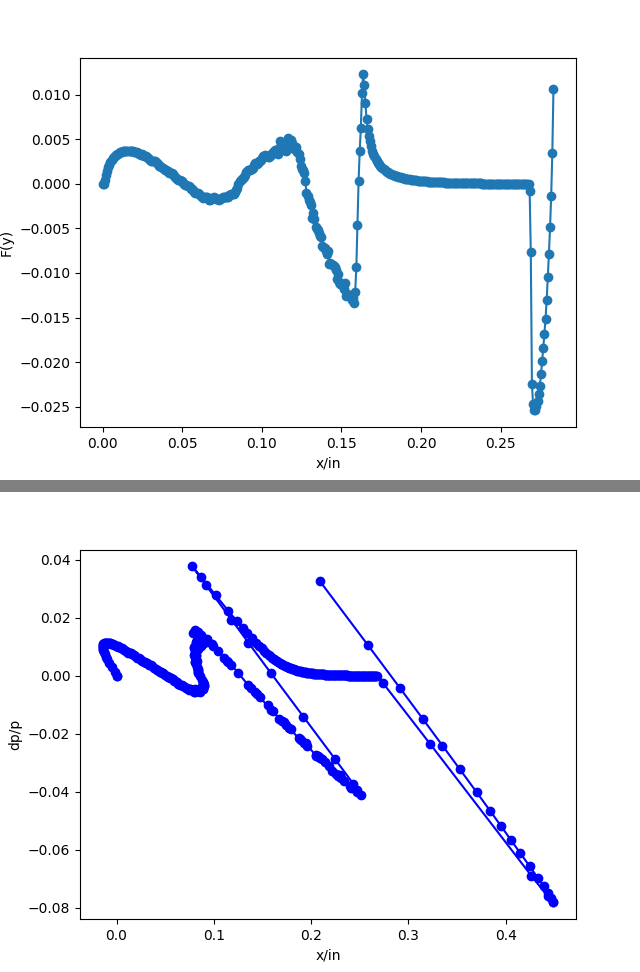
Repository: leiradom/Modified-linear-theory
Script's output: python 2_F_function.py
An editor plug-in stored every save of this project. The script's output is shown before and after the next save, followed by the edit.
Each picture stacks the figures in order, with grey between them; figures that are only written to a file come last. Random numbers start from a fixed seed.

Above is the script's output before, as saved 2021-04-09 10:54:55.

### 2_F_function.py
#本程序实现求解无升力构型的F函数
#同时求解出未经修正的压力信号
#F函数是无量纲的

import math
import numpy as np
import matplotlib.pyplot as plt


M = 1.7                    #输入马赫数
P0 = 101325                 #输入大气静压
gama = 1.4                  #比热比
B = math.sqrt(M * M - 1)    #修正因子
k = (1 / math.sqrt(2)) * (gama + 1) * M**4 * B**(-1.5)   #特征性系数k
r0 = 0.63072                      #r0为计算的位置  DWB为63.072  model1为20 2、3为10
con = (gama * M**2)/(math.sqrt(2 * B * r0))

volume = np.loadtxt("se.txt",dtype=np.float64)   #存放体积分布的数据文件
#Lift = np.loadtxt("volume.txt",dtype=np.float64)    #存放升力分布的数据文件
#cau = np.loadtxt("cauchy.txt",dtype=np.float64)      #积分含有哑元的存放

a = len(volume)        #a为b的长度
#print(a)              #检查文件长度

X = np.ones(a)     #存放x的数组
Y = np.ones(a)     #存放y的数组
Y0 = np.ones(a)    #存放含哑元的表达式的值


#提取体积分布数据中的两列数据
for i in range(0,a):
    c = volume[i][0]
    d = volume[i][1]
    #ca = cau[i][1]
    X[i] = c
    Y[i] = d
    #Y0[i] = ca

#print(X)
#print(Y)

#通过变上限积分求解F函数，积分使用梯形公式
F = np.ones(a, dtype=np.float64)   #产生一个长度为a的初始化数组
X1 = np.ones(a, dtype=np.float64)
delta_P = np.ones(a, dtype=np.float64)
X1[0] = 0.0        #强制F的第一个值为0
delta_P[0] = 0.0   #强制F的第一个值为0
F[0] = 0.0         #强制F的第一个值为0


for i in range(1,a):
    #内层积分，积到x
    s = 0
    for j in range(0,i-1):
        s0 =Y[j+1] * ((1 / math.sqrt(X[i]-X[j+1])) + Y[j] * (1 / math.sqrt(X[i]-X[j])) * (X[j + 1] - X[j]) / (2))
        #s0 = (((Y0[j+1] + Y0[j]) * (X[j + 1] - X[j])) / (2))    #第(j+1)个梯形的面积
        s = s0 + s    #S为最后的积分
    #内层积分，积到x
    F[i] = (1/(2 * math.pi)) * s / 1100   #乘以外面的一个
    #print(X[i],F[i])
    delta_P[i] = con * F[i]
    #print(delta_P[i])
    X1[i] = (B * r0 - k * F[i] * math.sqrt(r0) + X[i])
    #print(X1[i]-B * r0,delta_P[i])


#将计算结果输出


#绘制F函数的图像
plt.plot(X, F,'-o')
plt.xlabel("x/in")
plt.ylabel('F(y)')
plt.show()




X0 = np.zeros(a)
for i in range(1,a):
    X0[i] = X1[i] - B * r0

#绘制未修正的过压的图像
plt.plot(X0, delta_P,'-o',c='b')
plt.xlabel("x/in")
plt.ylabel('dp/p')
plt.show()

for i in range(1,a):
    print(X0[i],delta_P[i])

#delta_P = np.ones[a]    #储存过压的数组
#delta_P[i] = P0 * ((gama * M * M)/(math.sqrt(2 * B * r0))) * F[i]

### se.txt
0.0 0.0
0.00071150326 0.08476272949874927
0.0014230065 0.12621862033543882
0.0021345099 0.13317135113415343
0.0028460131 0.12929745575862278
0.0035575163 0.12546016913768077
0.0042690197 0.12098825114300815
0.0049805227 0.1292007264129916
0.0056920261 0.11165751586830149
0.0064035296 0.10032995753137214
0.0071150325 0.09804301882091118
0.007826536 0.09620108939184939
0.0085380394 0.0934503203486448
0.0092495428 0.09123649418380514
0.0099610453 0.10617769437960242
0.010672549 0.07961612372109338
0.011384052 0.07391044961621004
0.012095556 0.0710299239016933
0.012807059 0.0704651113895951
0.013518562 0.06812116661015297
0.014230065 0.058263821938152716
0.014941568 0.052007632081339655
0.015653072 0.06166608891264542
0.016364574 0.051455668556217915
0.017076079 0.04805883073116462
0.017787581 0.04590164869200585
0.018499086 0.045148806638085855
0.019210588 0.04429462046150946
0.019922091 0.04440320345005237
0.020633595 0.035998880136475474
0.021345098 0.024597666338979356
0.022056602 0.014968164971280949
0.022768104 0.016236776220819624
0.023479607 0.02464109953439039
0.024191111 0.03108549990469724
0.024902614 0.02040274354808968
0.025614118 0.01009640821846358
0.026325621 0.019092508819602404
0.027037123 0.007347448891730621
0.027748628 0.0017518055485576914
0.02846013 -0.004147870162510861
0.029171634 -0.012885181307652052
0.029883137 -0.006840728278485408
0.030594639 -0.011822877736363303
0.031306144 0.009124590470946282
0.032017648 0.006893210056294433
0.032729149 -0.0025354127825842603
0.033440653 -0.012251780541116995
0.034152158 -0.02021272331813039
0.034863658 -0.03333316776762746
0.035575163 -0.02465557726620633
0.036286667 -0.01569567099456137
0.036998171 -0.020006415639880464
0.037709672 -0.03101854039509067
0.038421176 -0.03335850379829769
0.039132681 -0.024458318170336002
0.039844181 -0.01811707163917251
0.040555686 -0.02572511970339385
0.04126719 -0.04254281491293951
0.041978691 -0.023937119825293243
0.042690195 -0.025980289726515678
0.0434017 -0.03526232553080319
0.044113204 -0.045651907818363285
0.044824705 -0.05833078144775315
0.045536209 -0.0347375077528601
0.046247713 -0.06184525084372896
0.046959214 -0.04465294432374398
0.047670718 -0.03419278309361567
0.048382223 -0.03310514349166895
0.049093727 -0.04177911456016522
0.049805228 -0.05654278156967707
0.050516732 -0.06890314509934924
0.051228236 -0.05597453059626776
0.051939737 -0.042651397901470156
0.052651241 -0.039223794896353206
0.053362746 -0.04509813457677605
0.054074246 -0.05800503248208763
0.054785751 -0.06979714503839954
0.055497255 -0.04528453537377369
0.05620876 -0.0616896152268195
0.05692026 -0.06841814108383713
0.057631765 -0.06706085372697104
0.058343269 -0.0550262391629644
0.05905477 -0.049577182854345855
0.059766274 -0.06366220618544918
0.060477778 -0.06869683742109932
0.061189279 -0.0570386438840496
0.061900783 -0.07591217701009761
0.062612288 -0.05754174506429637
0.063323788 -0.04341147882130732
0.064035296 -0.03629024448909116
0.064746797 -0.03557721619760829
0.065458298 -0.06885428275450187
0.066169806 -0.0758307397686935
0.066881306 -0.05852804054358669
0.067592807 -0.026823617604225518
0.068304315 -0.011176808954499262
0.069015816 -0.017686359117913462
0.069727316 -0.03915864510319067
0.070438825 -0.048245231528186786
0.071150325 -0.04407202533498117
0.071861833 -0.03684220801420984
0.072573334 -0.045479984753138664
0.073284835 -0.02280604702792936
0.073996343 -0.0019635423762623533
0.074707843 -0.0035796191890892885
0.075419344 -0.02004080025295482
0.076130852 -0.028298536531965065
0.076842353 -0.010400440586371466
0.077553853 -0.025071812055667827
0.078265361 -0.011902505261262068
0.078976862 0.008822367819482431
0.079688363 0.018670844880759745
0.080399871 0.004397611036165687
0.081111372 -0.01119309640276537
0.081822872 -0.011006695605767728
0.08253438 0.018947731501528838
0.083245881 0.04100455590853051
0.083957382 0.06447838831603249
0.08466889 0.08669627748932479
0.08538039 0.09423736604398861
0.086091898 0.06924880094619347
0.086803399 0.061150319717054334
0.0875149 0.060949441188234615
0.088226408 0.0599667651418569
0.088937908 0.07561900294103789
0.089649409 0.09882318759359597
0.090360917 0.10266521567175492
0.091072418 0.054394648112910164
0.091783918 0.05222117862546076
0.092495427 0.061045356161460805
0.093206927 0.050114668647666984
0.093918428 0.07093364698516912
0.094629936 0.10354835731192027
0.095341437 0.09913626854395705
0.096052937 0.04207228862922495
0.096764445 0.06596416554263246
0.097475946 0.09901139810713576
0.098187454 0.06013687849058843
0.098898955 0.06737574439377614
0.099610455 0.09987825229901048
0.100322 0.10557885919776468
0.1010335 0.0832107635569686
0.101745 0.06366582561838631
0.1024565 0.05586594760771259
0.103168 0.038203114804013054
0.1038795 0.04084530085863487
0.104591 0.059250117417461425
0.1053025 0.0798265937472443
0.106014 0.09453958869541568
0.1067255 0.1069723408841001
0.107437 0.0867759050143094
0.1081485 0.06386489443071293
0.10886 0.0013934816863599554
0.1095715 0.023381536867237443
0.110283 0.16352598075266211
0.1109945 0.21016237433384716
0.111706 -0.047360280171454765
0.1124175 0.03699060476514695
0.113129 0.0794827476168441
0.1138405 0.00646068781861588
0.114552 0.011473602456496111
0.1152635 0.15259529323884377
0.115975 0.22585261617901511
0.1166865 0.06214566377871198
0.117398 0.08131056125735117
0.1181095 -0.003818501763920481
0.118821 -0.03831169779249465
0.1195325 -0.012432752188758004
0.120244 0.04189493641466822
0.1209556 0.04971291159000303
0.1216671 -0.06549363925899149
0.1223786 -0.023689188668045664
0.1230901 -0.10563315069209131
0.1238016 -0.15641379500276426
0.1245131 -0.12079857475921806
0.1252246 -0.05640886255041488
0.1259361 -0.10671898057754495
0.1266476 -0.22096638169427757
0.1273591 -0.347013134233319
0.1280706 -0.18734184957409572
0.1287821 -0.21184541065632972
0.1294936 -0.18949541218026833
0.1302051 -0.19011071578208097
0.1309166 -0.39274466957654425
0.1316281 -0.08713784830946879
0.1323396 -0.25346888959953645
0.1330511 -0.30663835965837416
0.1337626 -0.23470212974559954
0.1344741 -0.19814585693452613
0.1351856 -0.21001759701582265
0.1358971 -0.21788986368545957
0.1366086 -0.20236249632314893
0.1373201 -0.3475379520112621
0.1380316 -0.21074148360614142
0.1387431 -0.19892403501914702
0.1394546 -0.24577759457744242
0.1401661 -0.23671091503369857
0.1408776 -0.1240922587451464
0.1415891 -0.40673377793444593
0.1423007 -0.2121711596219462
0.1430122 -0.21220735395151363
0.1437237 -0.20853362950561766
0.1444352 -0.1931329422966459
0.1451467 -0.19345869126226237
0.1458582 -0.2340868261437869
0.1465697 -0.3527137411320977
0.1472812 -0.11357780602071596
0.1479927 -0.3444252396729257
0.1487042 -0.243316380170388
0.1494157 -0.20095091747202976
0.1501272 -0.23768816193064607
0.1508387 -0.26492439489134695
0.1515502 -0.06562031941228133
0.1522617 -0.41663292705701466
0.1529732 -0.187088489267467
0.1536847 -0.22592500483800285
0.1543962 -0.18703419777321392
0.1551077 -0.19702383271957863
0.1558192 -0.2659197389530046
0.1565307 -0.16182484726542037
0.1572422 -0.26935820025700646
0.1579537 0.01952684077379857
0.1586652 0.38823847555184793
0.1593767 0.9035154282714578
0.1600882 1.141858707566323
0.1607997 1.0367992369971202
0.1615112 0.9645951690459194
0.1622227 1.2333127296705289
0.1629342 1.0074112511467153
0.1636457 0.3974734587278547
0.1643573 0.08726090902974792
0.1650688 -0.015683002979195598
0.1657803 -0.010956023544451791
0.1664918 0.002949837855528145
0.1672033 0.029943568808485196
0.1679148 -0.008824177535975518
0.1686263 -0.01773341174629228
0.1693378 -0.0033081617177504073
0.1700493 0.005335044170633156
0.1707608 0.0029480281390595834
0.1714723 -0.0006840728278387303
0.1721838 0.0
0.1728953 0.0
0.1736068 0.0
0.1743183 0.0
0.1750298 0.0
0.1757413 0.0
0.1764528 0.0
0.1771643 0.0
0.1778758 0.0
0.1785873 0.0
0.1792988 0.0
0.1800103 0.0
0.1807218 0.0
0.1814333 0.0
0.1821448 0.0
0.1828563 0.0
0.1835678 0.0
0.1842794 0.0
0.1849909 0.0
0.1857024 0.0
0.1864139 0.0
0.1871254 0.0
0.1878369 0.0
0.1885484 0.0
0.1892599 0.0
0.1899714 0.0
0.1906829 0.0
0.1913944 0.0
0.1921059 0.0
0.1928174 0.0
0.1935289 0.0
0.1942404 0.0
0.1949519 0.0
0.1956634 0.0
0.1963749 0.0
0.1970864 0.0
0.1977979 0.0
0.1985094 0.0
0.1992209 0.0
0.1999324 0.0
0.2006439 0.0
0.2013554 0.0
0.2020669 0.0
0.2027784 0.0
0.2034899 0.0
0.2042014 0.0
0.2049129 0.0
0.2056244 0.0
0.2063359 0.0
0.2070474 0.0
0.2077589 0.0
0.2084705 0.0
0.209182 0.0
0.2098935 0.0
0.210605 0.0
0.2113165 0.0
0.212028 0.0
0.2127395 0.0
0.213451 0.0
0.2141625 0.0
0.214874 0.0
0.2155855 0.0
0.216297 0.0
0.2170085 0.0
0.21772 0.0
0.2184315 0.0
0.219143 0.0
0.2198545 0.0
0.220566 0.0
0.2212775 0.0
0.221989 0.0
0.2227005 0.0
0.223412 0.0
0.2241235 0.0
0.224835 0.0
0.2255465 0.0
0.226258 0.0
0.2269695 0.0
0.227681 0.0
0.2283925 0.0
0.2291041 0.0
0.2298156 0.0
0.2305271 0.0
0.2312386 0.0
0.2319501 0.0
0.2326616 0.0
0.2333731 0.0
0.2340846 0.0
0.2347961 0.0
0.2355076 0.0
0.2362191 0.0
0.2369306 0.0
0.2376421 0.0
0.2383536 0.0
0.2390651 0.0
0.2397766 0.0
0.2404881 0.0
0.2411996 0.0
0.2419111 0.0
0.2426226 0.0
0.2433341 0.0
0.2440456 0.0
0.2447571 0.0
0.2454686 0.0
0.2461801 0.0
0.2468916 0.0
0.2476031 0.0
0.2483146 0.0
0.2490261 0.0
0.2497377 0.0
0.2504492 0.0
0.2511607 0.0
0.2518722 0.0
0.2525837 0.0
0.2532952 0.0
0.2540067 0.0
0.2547182 0.0
0.2554297 0.0
0.2561412 0.0
0.2568527 0.0
0.2575642 0.0
0.2582757 0.0
0.2589872 0.0
0.2596987 0.0
0.2604102 0.0
0.2611217 0.0
0.2618332 0.0
0.2625447 0.0
0.2632562 0.0
0.2639677 0.0
0.2646792 0.0
0.2653907 0.0
0.2661022 0.0
0.2668137 0.0
0.2675252 -0.14586857709834375
0.2682367 -1.3130017849655737
0.2689482 -3.1238656210042075
0.2696597 -1.520456823451661
0.2703712 -1.0871401202042403
0.2710827 -0.8245701664479103
0.2717943 -0.6435188913436989
0.2725058 -0.511382442863691
0.2732173 -0.4093759639891168
0.2739288 -0.2910784173994822
0.2746403 -0.17172218667152053
0.2753518 -0.04729151094542868
0.2760633 0.022509253525920248
0.2767748 0.0888009777506868
0.2774863 0.1869057079034126
0.2781978 0.3141016304045342
0.2789093 0.4755102428804992
0.2796208 0.5907964212544231
0.2803323 0.718390119436903
0.2810438 0.925251751890543
0.2817553 1.261463231394779
0.2824668 1.8610291948447568
0.2831783 2.976652026426724

After the next save:
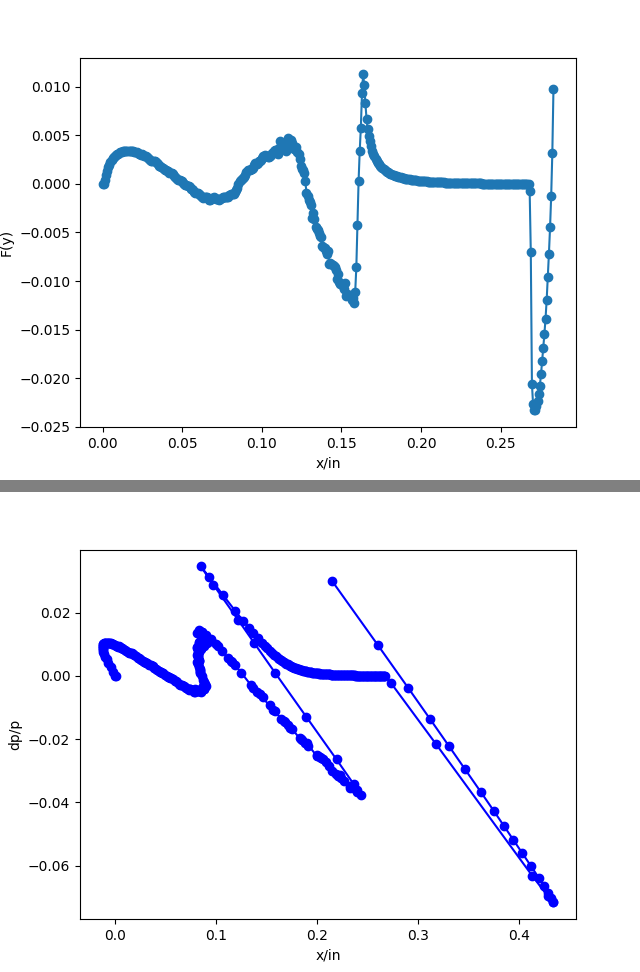
Saved 10 s later.
--- a/2_F_function.py
+++ b/2_F_function.py
@@ -56,7 +56,7 @@ for i in range(1,a):
         #s0 = (((Y0[j+1] + Y0[j]) * (X[j + 1] - X[j])) / (2))    #第(j+1)个梯形的面积
         s = s0 + s    #S为最后的积分
     #内层积分，积到x
-    F[i] = (1/(2 * math.pi)) * s / 1100   #乘以外面的一个
+    F[i] = (1/(2 * math.pi)) * s / 1200   #乘以外面的一个
     #print(X[i],F[i])
     delta_P[i] = con * F[i]
     #print(delta_P[i])
